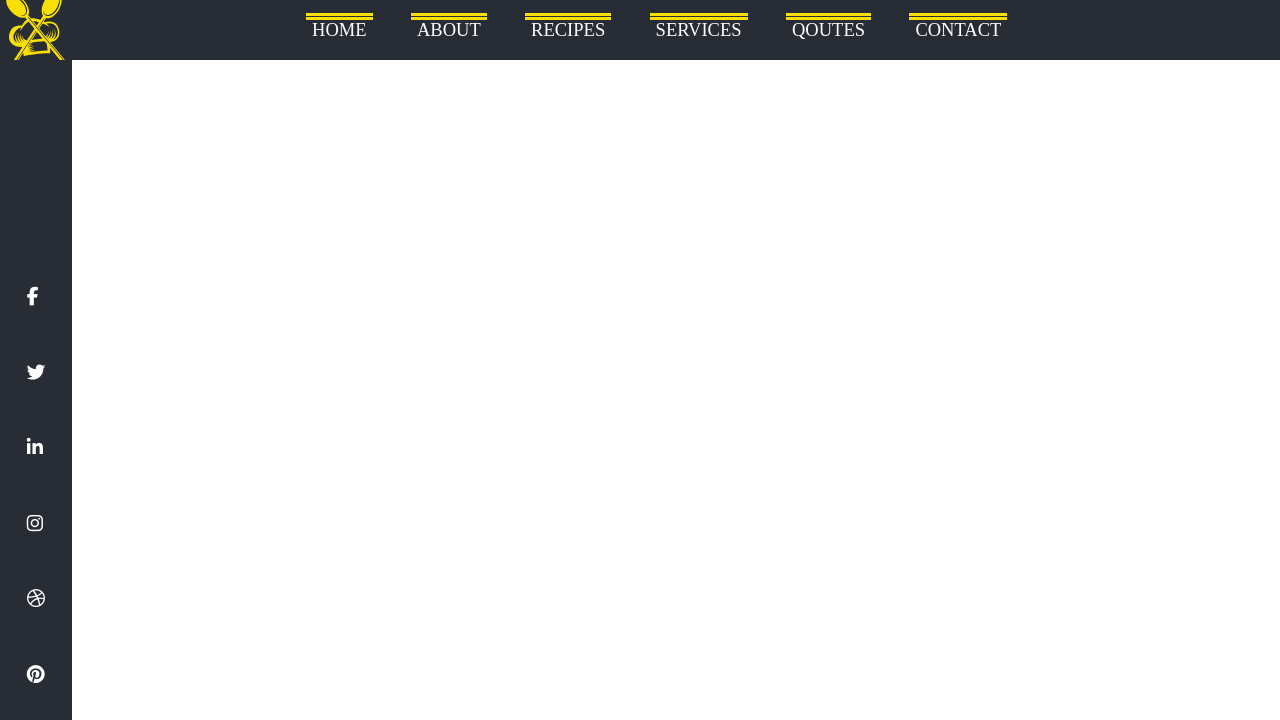
Repository: Esraa22M/Gordon-Ramsay-Biography
Page: index.html
An editor plug-in stored every save of this project. The page is shown before and after the next save, followed by the edit.
The browser window is 1280 px wide. The pictures show the whole page.
Some web fonts or font styles are not loaded; a fallback is used. Some web libraries are served in a nearby version.

Above is the page before, as saved 2022-12-10 21:04:44.

After the next save:
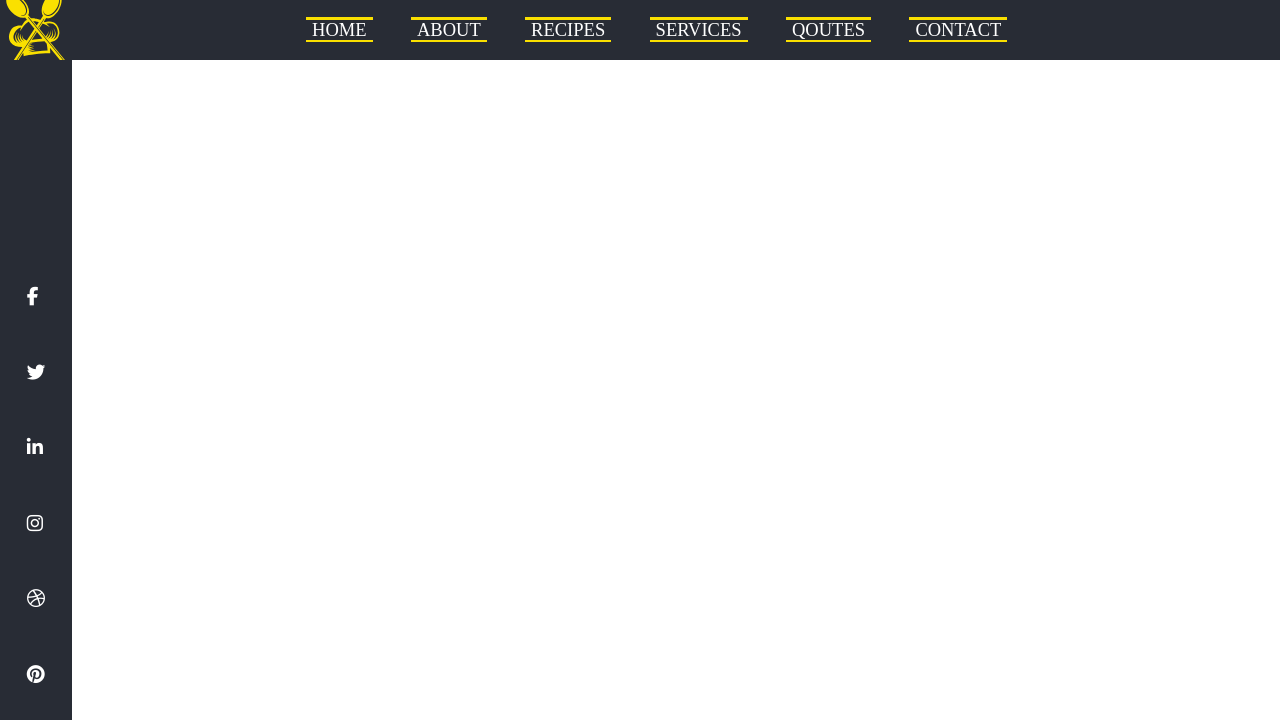
Saved 46 s later.
--- a/style.css
+++ b/style.css
@@ -120,3 +120,7 @@
 .header__primary-nav--nav-link:visited::before{
   top:0;
 }
+.header__primary-nav--nav-link:link::after,
+.header__primary-nav--nav-link:visited::after{
+  bottom: 0;
+}
